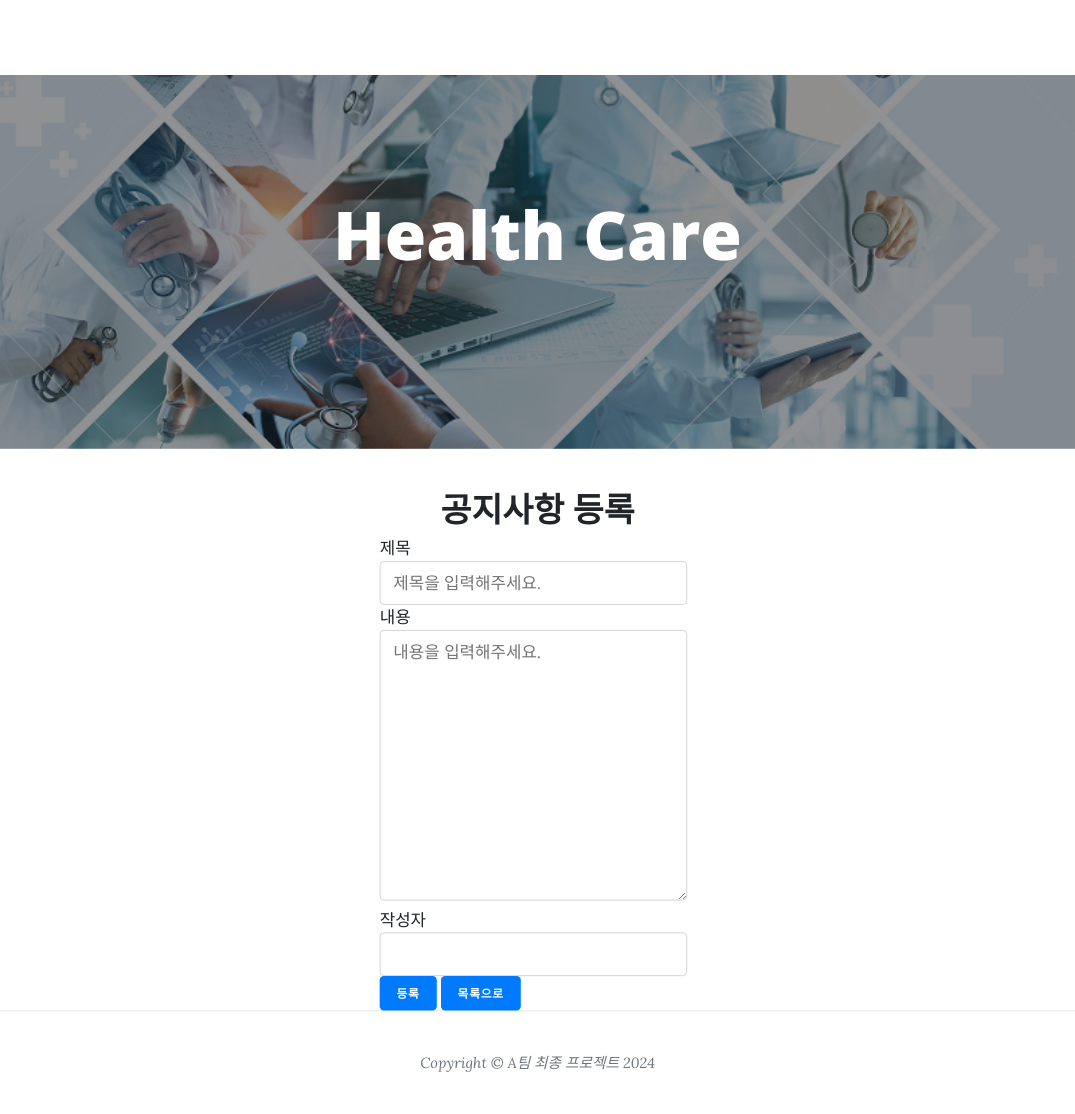
Repository: honsb91/project
Page: http://localhost/hospital/WEB-INF/views/board/notwriter.jsp
The author's editor kept a copy of each file at every save. The page is drawn from the files as they stood at one save, then again after the next save.
The browser window is 1280 px wide. The pictures show the whole page, at 84% of full size.
Some web libraries are served in a nearby version. The page is served by Tomcat 9. Nobody is signed in. The template is opened directly, without the code that normally fills it, so the values that code supplies are empty.

Above is the page before, as saved 2024-02-07 01:59:43.

After the next save:
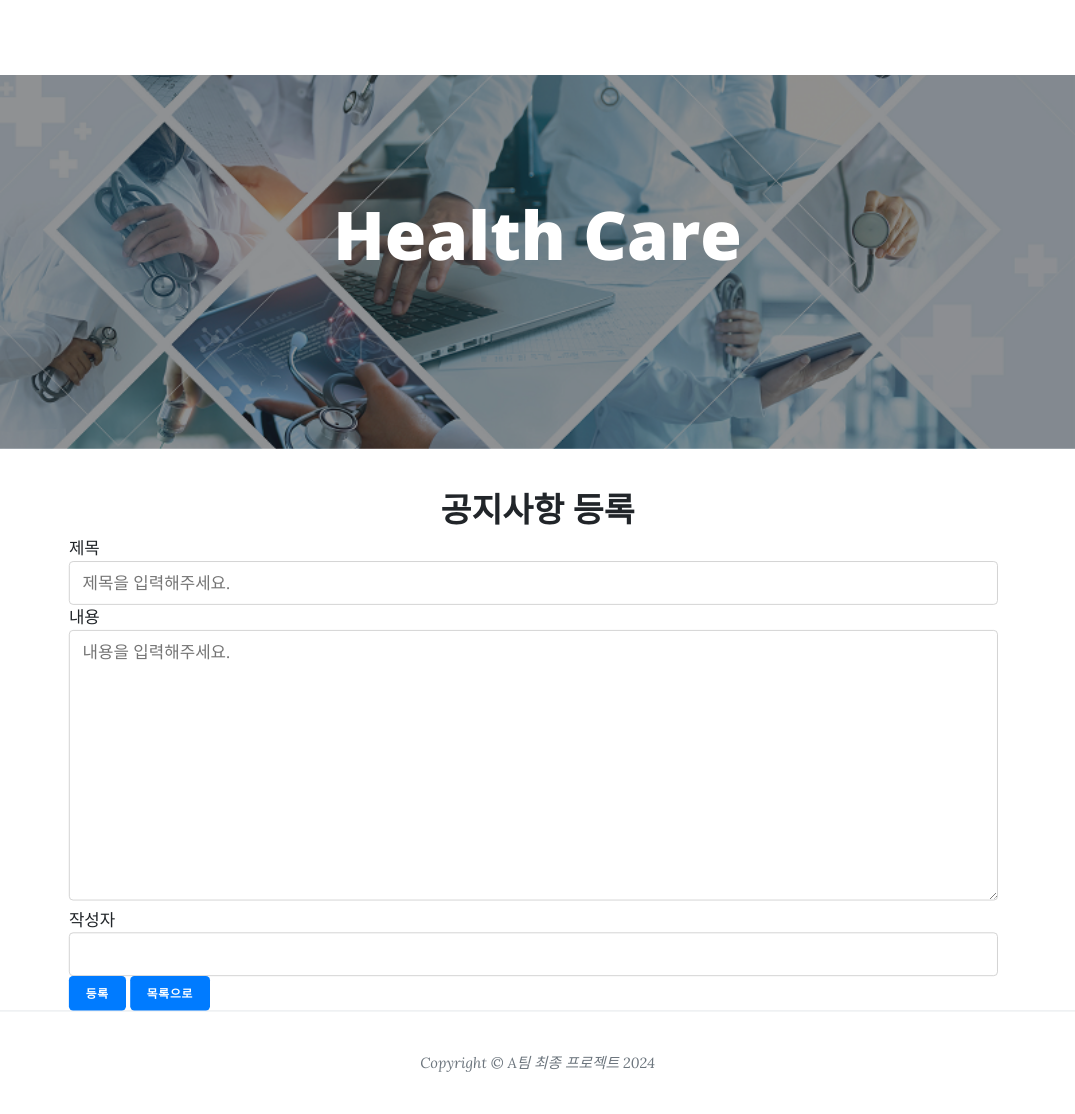
Saved 60 s later.
--- a/hospital/src/main/webapp/resources/css/board/notwriter.css
+++ b/hospital/src/main/webapp/resources/css/board/notwriter.css
@@ -7,11 +7,6 @@
 
 h1 {
     text-align: center;
-}
-
-form {
-    max-width: 400px;
-    margin: 0 auto;
 }
 
 .input_wrap {

After the save that followed:
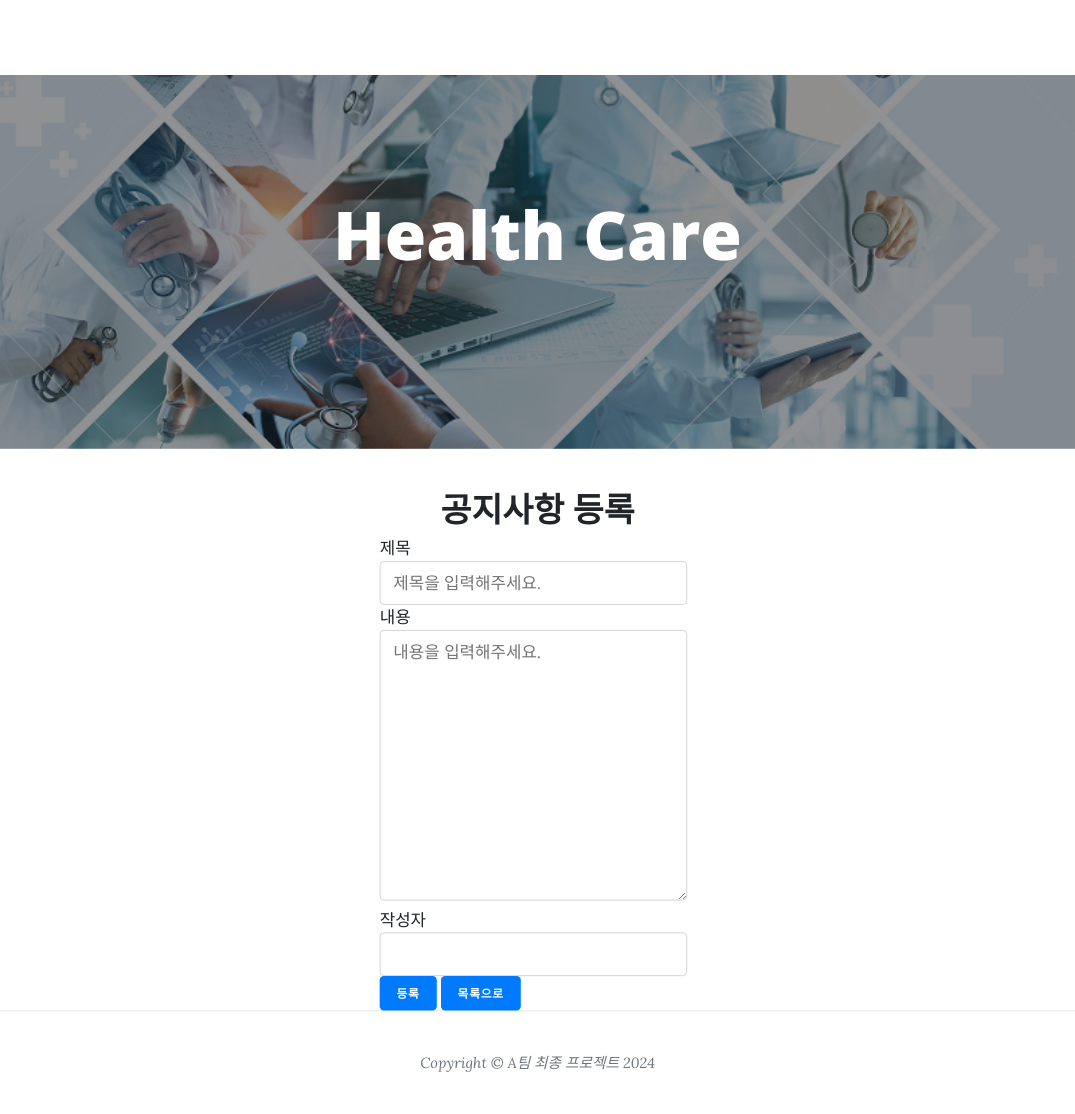
Saved 11 s later.
--- a/hospital/src/main/webapp/resources/css/board/notwriter.css
+++ b/hospital/src/main/webapp/resources/css/board/notwriter.css
@@ -7,6 +7,11 @@
 
 h1 {
     text-align: center;
+}
+
+form {
+    max-width: 400px;
+    margin: 0 auto;
 }
 
 .input_wrap {
